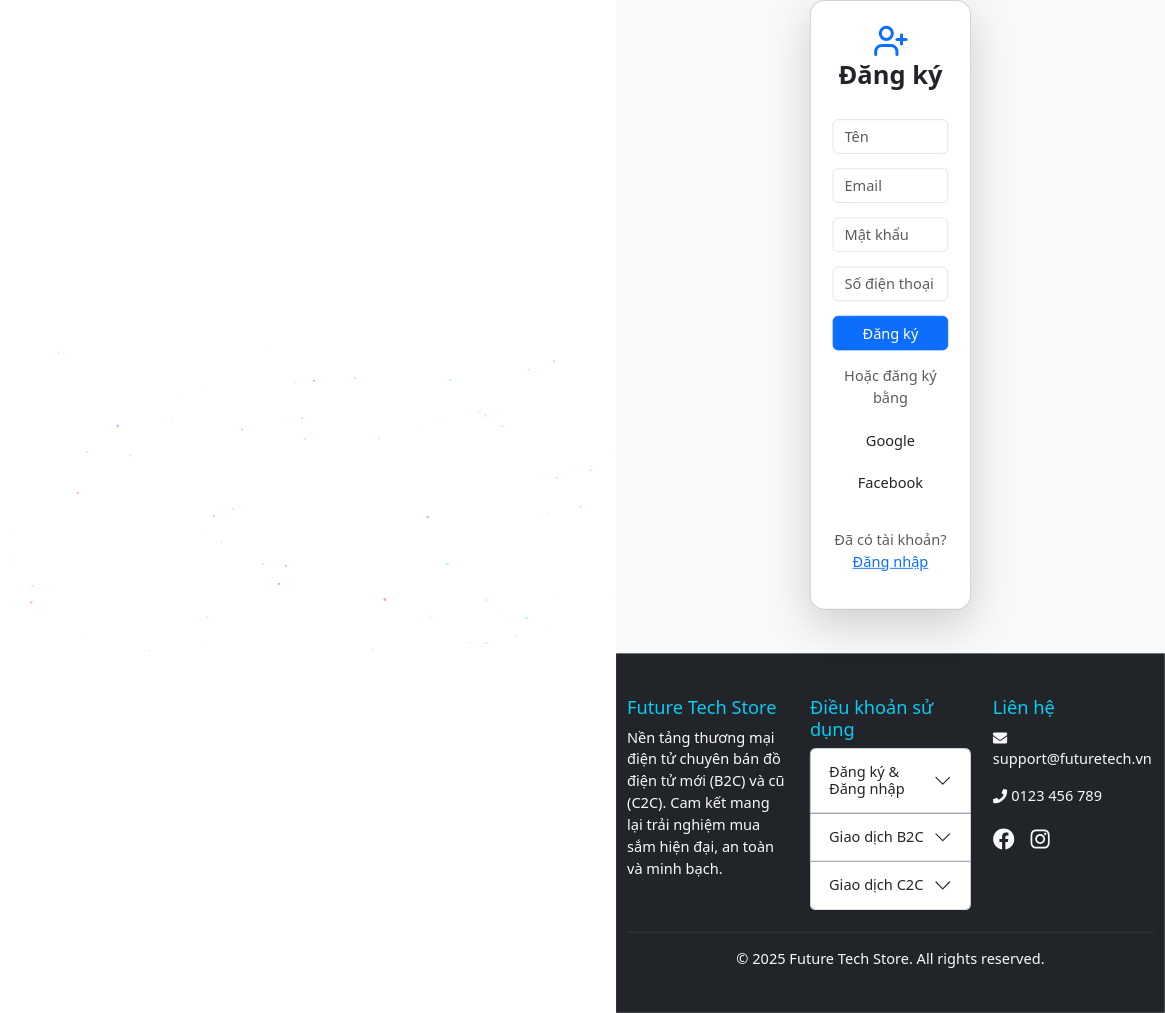
Repository: Thangvh29/WEB-tmdt
Page: /register (app in frontend/)
An editor plug-in stored every save of this project. The page is shown before and after a run of saves, followed by the edit.
The browser window is 1280 px wide. The pictures show the whole page, at 91% of full size.
The project was rebuilt for these pictures with package versions that can differ from the ones it lists, and the page was loaded fresh each time. Also part of the build but not shown: frontend/vite.config.js, frontend/src/assets/style/home.css, frontend/src/pages/auth/Home.jsx, frontend/src/pages/auth/Login.jsx.

Above is the page before, as saved 2025-08-23 21:10:49.

### frontend/index.html
<!DOCTYPE html>
<html lang="en">
<head>
  <meta charset="UTF-8" />
  <link rel="icon" type="image/svg+xml" href="/vite.svg" />
  <meta name="viewport" content="width=device-width, initial-scale=1.0" />
  <title>Future Tech Store</title>
  <link href="https://fonts.googleapis.com/css2?family=Poppins:wght@400;600;700&display=swap" rel="stylesheet" />
  <link href="https://cdn.jsdelivr.net/npm/bootstrap@5.3.3/dist/css/bootstrap.min.css" rel="stylesheet" integrity="sha384-QWTKZyjpPEjISv5WaRU9OFeRpok6YctnYmDr5pNlyT2bRjXh0JMhjY6hW+ALEwIH" crossorigin="anonymous" />
  <script src="https://cdnjs.cloudflare.com/ajax/libs/particles.js/2.0.0/particles.min.js"></script>
  <link rel="stylesheet" href="/src/index.css" />
</head>
<body>
  <div id="particles-js"></div>
  <div id="root"></div>
  <script src="https://cdn.jsdelivr.net/npm/bootstrap@5.3.3/dist/js/bootstrap.bundle.min.js" integrity="sha384-YvpcrYf0tY3lHB60NNkmXc5s9fDVZLESaAA55NDzOxhy9GkcIdslK1eN7N6jIeHz" crossorigin="anonymous"></script>
  <script>
    particlesJS('particles-js', {
      particles: {
        number: { value: 80, density: { enable: true, value_area: 800 } },
        color: { value: ['#00d4ff', '#7a5cff', '#ff007a'] },
        shape: { type: 'circle' },
        opacity: { value: 0.5, random: true },
        size: { value: 3, random: true },
        line_linked: { enable: true, distance: 150, color: '#ffffff', opacity: 0.2, width: 1 },
        move: { enable: true, speed: 2, direction: 'none', random: true }
      },
      interactivity: {
        detect_on: 'canvas',
        events: { onhover: { enable: true, mode: 'grab' }, onclick: { enable: true, mode: 'push' } },
        modes: { grab: { distance: 140, line_linked: { opacity: 0.5 } }, push: { particles_nb: 4 } }
      },
      retina_detect: true
    });
  </script>
  <script type="module" src="/src/main.jsx"></script>
</body>
</html>

### frontend/src/main.jsx
import React from "react";
import ReactDOM from "react-dom/client";
import App from "./App";
import "bootstrap/dist/css/bootstrap.min.css";
import "bootstrap/dist/js/bootstrap.bundle.min.js";
import "./index.css";
import AuthProvider from "./context/AuthProvider";
import "./index.css";

ReactDOM.createRoot(document.getElementById("root")).render(
  <React.StrictMode>
    <AuthProvider>
      <App />
    </AuthProvider>
  </React.StrictMode>
);

### frontend/src/App.jsx
import { BrowserRouter as Router, Routes, Route } from "react-router-dom";
import Home from "./pages/auth/Home";
import Login from "./pages/auth/Login";
import Register from "./pages/auth/Register";
import { GoogleOAuthProvider } from "@react-oauth/google";

function App() {
  return (
    <GoogleOAuthProvider clientId="YOUR_GOOGLE_CLIENT_ID">
      <Router>
        <Routes>
          <Route path="/" element={<Home />} />
          <Route path="/home" element={<Home />} />
          <Route path="/login" element={<Login />} />
          <Route path="/register" element={<Register />} />
        </Routes>
      </Router>
    </GoogleOAuthProvider>
  );
}

export default App;

### frontend/src/context/AuthProvider.jsx
import { useState } from "react";
import AuthContext from "./AuthContext";

const AuthProvider = ({ children }) => {
  const [user, setUser] = useState(null);

  const login = (userData) => {
    setUser(userData);
    localStorage.setItem("user", JSON.stringify(userData));
  };

  const logout = () => {
    setUser(null);
    localStorage.removeItem("user");
  };

  return (
    <AuthContext.Provider value={{ user, login, logout }}>
      {children}
    </AuthContext.Provider>
  );
};

export default AuthProvider;

### frontend/src/pages/auth/Register.jsx
import React, { useState } from "react";
import { useNavigate, Link } from "react-router-dom";
import { useAuth } from "../../context/useAuth";
import { UserPlus } from "lucide-react";
import Footer from "./Footer";

const Register = () => {
  const { login } = useAuth();
  const navigate = useNavigate();
  const [form, setForm] = useState({
    name: "",
    email: "",
    password: "",
    phone: "",
  });
  const [error, setError] = useState("");

  const handleSubmit = async (e) => {
    e.preventDefault();
    try {
      const response = await fetch("/api/auth/register", {
        method: "POST",
        headers: { "Content-Type": "application/json" },
        body: JSON.stringify(form),
      });
      const data = await response.json();
      if (response.ok) {
        login({ email: form.email, role: data.user.role });
        navigate("/");
      } else {
        setError(data.message || "Đăng ký thất bại");
      }
    } catch (err) {
      setError("Lỗi kết nối server");
    }
  };

  return (

    <div className="d-flex flex-column min-vh-100 bg-light">

      {/* Main form */}
      <main className="flex-fill d-flex justify-content-center align-items-center">
        <div className="container">
          <div className="row justify-content-center">
            <div className="col-12 col-sm-8 col-md-6 col-lg-4">
              <div className="card shadow-lg p-4 rounded-4">
                <div className="text-center mb-4">
                  <UserPlus size={40} className="text-primary mx-auto" />
                  <h3 className="fw-bold">Đăng ký</h3>
                </div>

                {error && <p className="text-danger text-center">{error}</p>}

                <form onSubmit={handleSubmit}>
                  <div className="mb-3">
                    <input
                      type="text"
                      className="form-control"
                      placeholder="Tên"
                      value={form.name}
                      onChange={(e) =>
                        setForm({ ...form, name: e.target.value })
                      }
                      required
                      minLength={2}
                      maxLength={80}
                    />
                  </div>
                  <div className="mb-3">
                    <input
                      type="email"
                      className="form-control"
                      placeholder="Email"
                      value={form.email}
                      onChange={(e) =>
                        setForm({ ...form, email: e.target.value })
                      }
                      required
                    />
                  </div>
                  <div className="mb-3">
                    <input
                      type="password"
                      className="form-control"
                      placeholder="Mật khẩu"
                      value={form.password}
                      onChange={(e) =>
                        setForm({ ...form, password: e.target.value })
                      }
                      required
                      minLength={8}
                    />
                  </div>
                  <div className="mb-3">
                    <input
                      type="tel"
                      className="form-control"
                      placeholder="Số điện thoại (tùy chọn)"
                      value={form.phone}
                      onChange={(e) =>
                        setForm({ ...form, phone: e.target.value })
                      }
                      pattern="^\d{10,11}$"
                    />
                  </div>
                  <button type="submit" className="btn btn-primary w-100">
                    Đăng ký
                  </button>
                </form>

                <div className="text-center my-3">
                  <p className="text-muted">Hoặc đăng ký bằng</p>
                  <div className="d-flex flex-column gap-2">
                    <a
                      href="/api/auth/google"
                      className="btn btn-social google w-100"
                    >
                      Google
                    </a>
                    <a
                      href="/api/auth/facebook"
                      className="btn btn-social facebook w-100"
                    >
                      Facebook
                    </a>
                  </div>
                </div>

                <p className="text-center mt-3 text-muted">
                  Đã có tài khoản? <Link to="/login">Đăng nhập</Link>
                </p>
              </div>
            </div>
          </div>
        </div>
      </main>

      {/* Footer luôn dưới cùng */}
      <Footer />
    </div>
  );
};

export default Register;

### frontend/src/context/useAuth.js
import { useContext } from "react";
import AuthContext from "./AuthContext";

export const useAuth = () => {
  const context = useContext(AuthContext);
  if (!context) {
    throw new Error("useAuth must be used within AuthProvider");
  }
  return context;
};

### frontend/src/pages/auth/Footer.jsx
import React from "react";
import { FaFacebook, FaInstagram, FaEnvelope, FaPhone } from "react-icons/fa";

const Footer = () => {
  return (
    <footer className="bg-dark text-light py-5 mt-5">
      <div className="container">
        <div className="row gy-4">
          {/* Cột 1: Giới thiệu */}
          <div className="col-12 col-md-4">
            <h5 className="text-info">Future Tech Store</h5>
            <p>
              Nền tảng thương mại điện tử chuyên bán đồ điện tử mới (B2C) và cũ (C2C).
              Cam kết mang lại trải nghiệm mua sắm hiện đại, an toàn và minh bạch.
            </p>
          </div>

          {/* Cột 2: Điều khoản */}
          <div className="col-12 col-md-4">
            <h5 className="text-info">Điều khoản sử dụng</h5>
            <div className="accordion" id="accordionExample">
              <div className="accordion-item bg-dark text-light">
                <h2 className="accordion-header">
                  <button className="accordion-button collapsed" type="button" data-bs-toggle="collapse" data-bs-target="#collapseOne">
                    Đăng ký & Đăng nhập
                  </button>
                </h2>
                <div id="collapseOne" className="accordion-collapse collapse" data-bs-parent="#accordionExample">
                  <div className="accordion-body">
                    Cung cấp thông tin chính xác khi đăng ký. Dữ liệu được bảo vệ theo chính sách bảo mật.
                  </div>
                </div>
              </div>

              <div className="accordion-item bg-dark text-light">
                <h2 className="accordion-header">
                  <button className="accordion-button collapsed" type="button" data-bs-toggle="collapse" data-bs-target="#collapseTwo">
                    Giao dịch B2C
                  </button>
                </h2>
                <div id="collapseTwo" className="accordion-collapse collapse" data-bs-parent="#accordionExample">
                  <div className="accordion-body">
                    Bán sản phẩm mới với giá niêm yết. Thanh toán: VNPay, MoMo, PayPal. Vận chuyển: GHN, GHTK, Viettel Post.
                  </div>
                </div>
              </div>

              <div className="accordion-item bg-dark text-light">
                <h2 className="accordion-header">
                  <button className="accordion-button collapsed" type="button" data-bs-toggle="collapse" data-bs-target="#collapseThree">
                    Giao dịch C2C
                  </button>
                </h2>
                <div id="collapseThree" className="accordion-collapse collapse" data-bs-parent="#accordionExample">
                  <div className="accordion-body">
                    Người dùng đăng sản phẩm cũ (6 ảnh, mô tả). Admin duyệt trước khi đăng. Thu phí 2-4%.
                  </div>
                </div>
              </div>
            </div>
          </div>

          {/* Cột 3: Liên hệ */}
          <div className="col-12 col-md-4">
            <h5 className="text-info">Liên hệ</h5>
            <p><FaEnvelope /> support@futuretech.vn</p>
            <p><FaPhone /> 0123 456 789</p>
            <div className="d-flex gap-3 fs-4">
              <a href="#" className="text-light"><FaFacebook /></a>
              <a href="#" className="text-light"><FaInstagram /></a>
            </div>
          </div>
        </div>

        <hr className="border-secondary mt-4" />
        <p className="text-center mb-0">© 2025 Future Tech Store. All rights reserved.</p>
      </div>
    </footer>
  );
};

export default Footer;

Loaded but not shown: frontend/src/index.css (common file); frontend/src/context/AuthContext.jsx (common file)

After the next 2 saves:
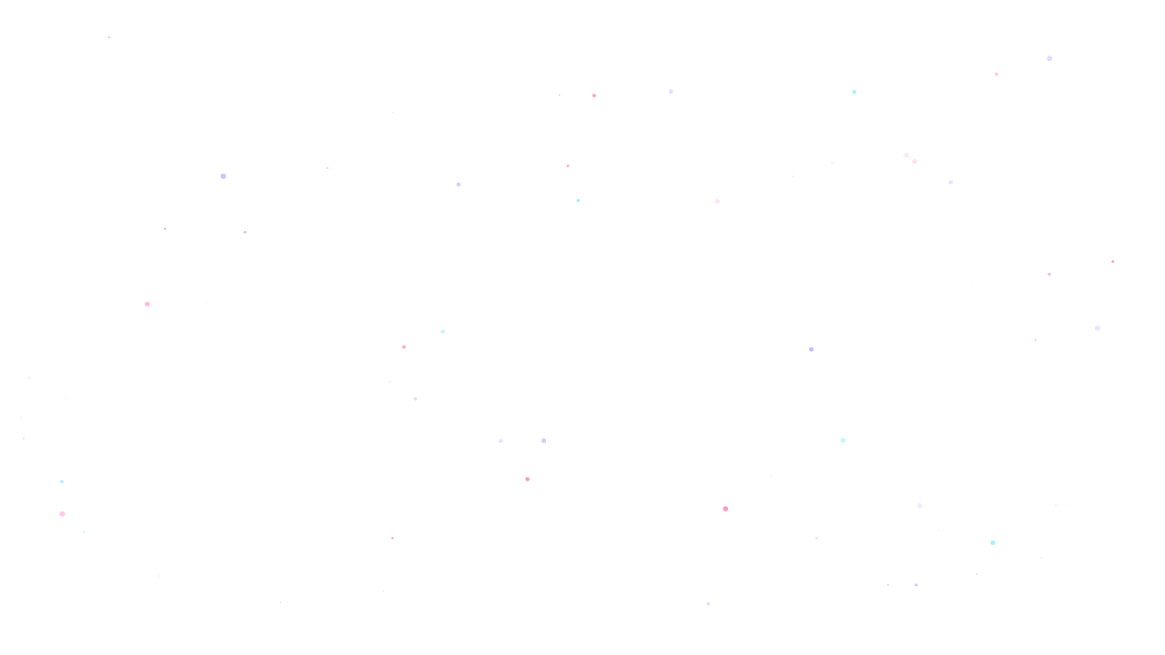
Console error: ReferenceError: ArrowLeftCircle is not defined
The 2 saves are shown as one change because they came seconds apart.
The last was saved 27 s later.
--- a/frontend/src/pages/auth/Register.jsx
+++ b/frontend/src/pages/auth/Register.jsx
@@ -37,7 +37,13 @@
 
   return (
 
-    <div className="d-flex flex-column min-vh-100 bg-light">
+    <div className="d-flex flex-column min-vh-100 bg-light w-100">
+    {/* Icon quay lại Home */}
+    <div className="position-absolute top-0 start-0 m-3">
+      <Link to="/" className="text-decoration-none text-dark">
+        <ArrowLeftCircle size={32} className="me-2" />
+      </Link>
+    </div>
 
       {/* Main form */}
       <main className="flex-fill d-flex justify-content-center align-items-center">

After the save that followed:
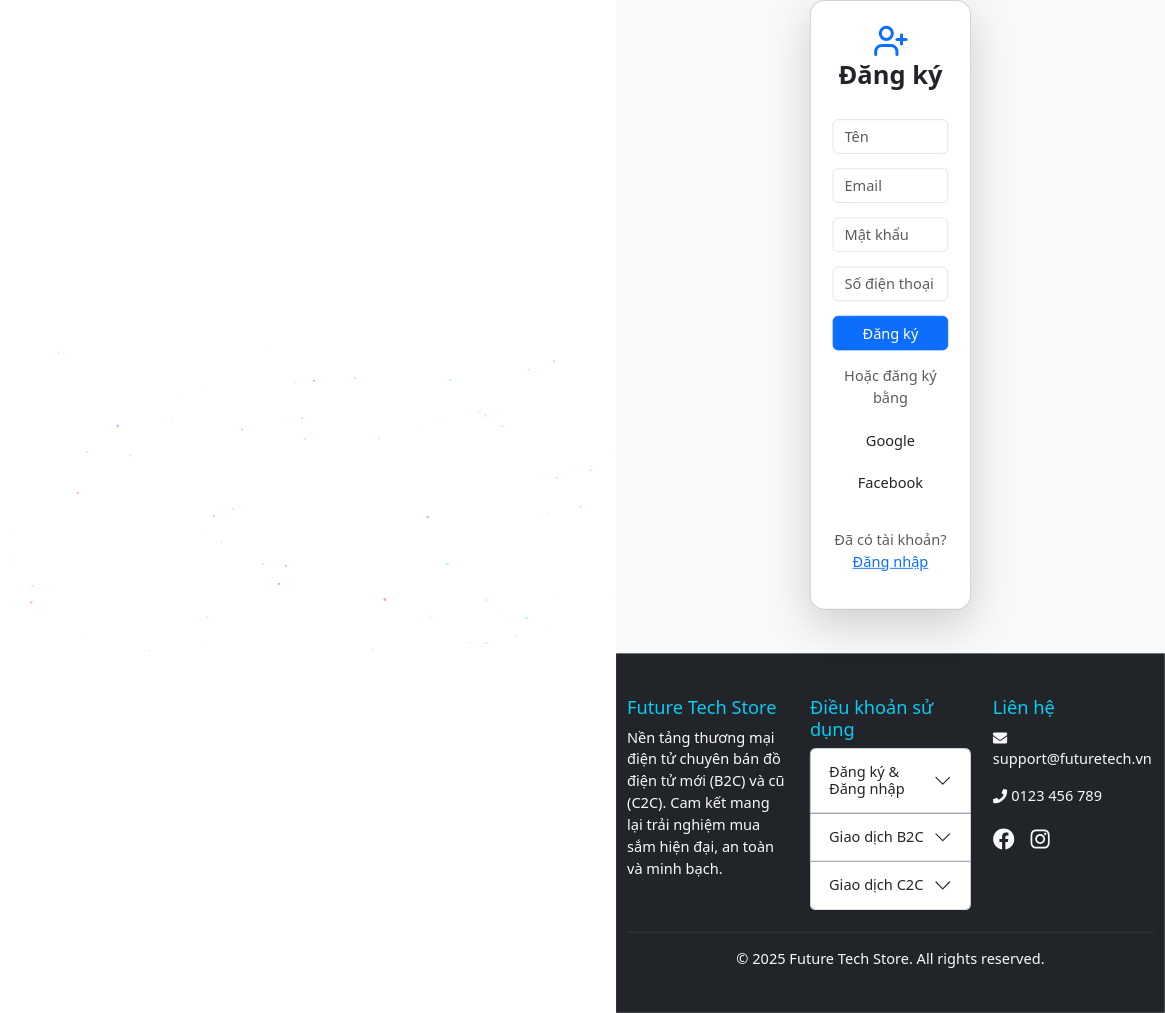
The error is gone.
Saved 13 s later.
--- a/frontend/src/pages/auth/Register.jsx
+++ b/frontend/src/pages/auth/Register.jsx
@@ -37,13 +37,7 @@
 
   return (
 
-    <div className="d-flex flex-column min-vh-100 bg-light w-100">
-    {/* Icon quay lại Home */}
-    <div className="position-absolute top-0 start-0 m-3">
-      <Link to="/" className="text-decoration-none text-dark">
-        <ArrowLeftCircle size={32} className="me-2" />
-      </Link>
-    </div>
+    <div className="d-flex flex-column min-vh-100 bg-light">
 
       {/* Main form */}
       <main className="flex-fill d-flex justify-content-center align-items-center">
